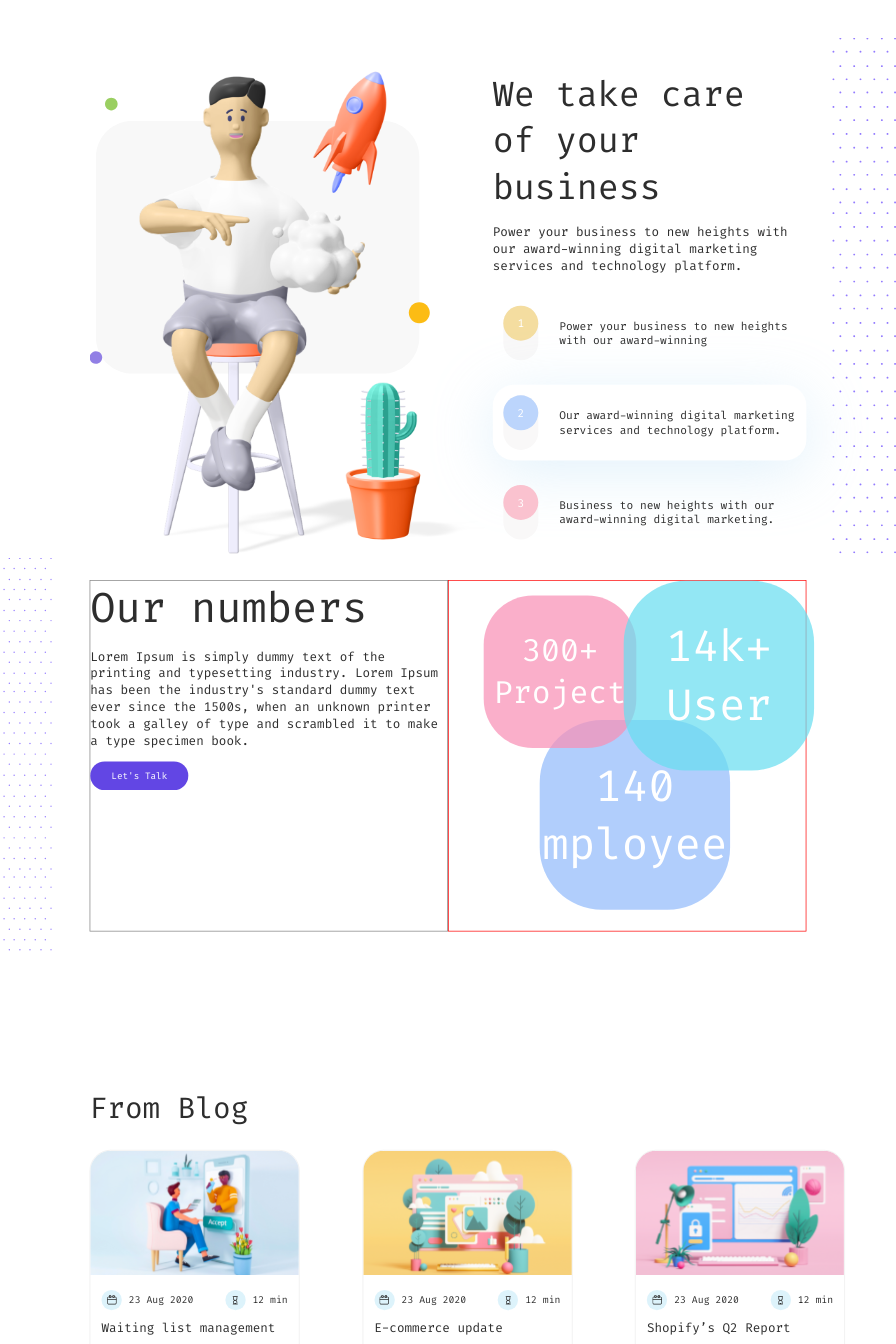
Repository: devdahcoder/noren
Page: index.html
An editor plug-in stored every save of this project. The page is shown before and after a run of saves, followed by the edit.
The browser window is 1280 px wide. The pictures show the part of the page from y = 1354 to 3274 px (the page is 4720 px tall), at 70% of full size.
The style sheet was rebuilt from its Sass, Less or Tailwind sources for each picture, by a compiler version that may differ from the author's.

Above is the page before, as saved 2020-12-23 14:38:53.

After the next 3 saves:
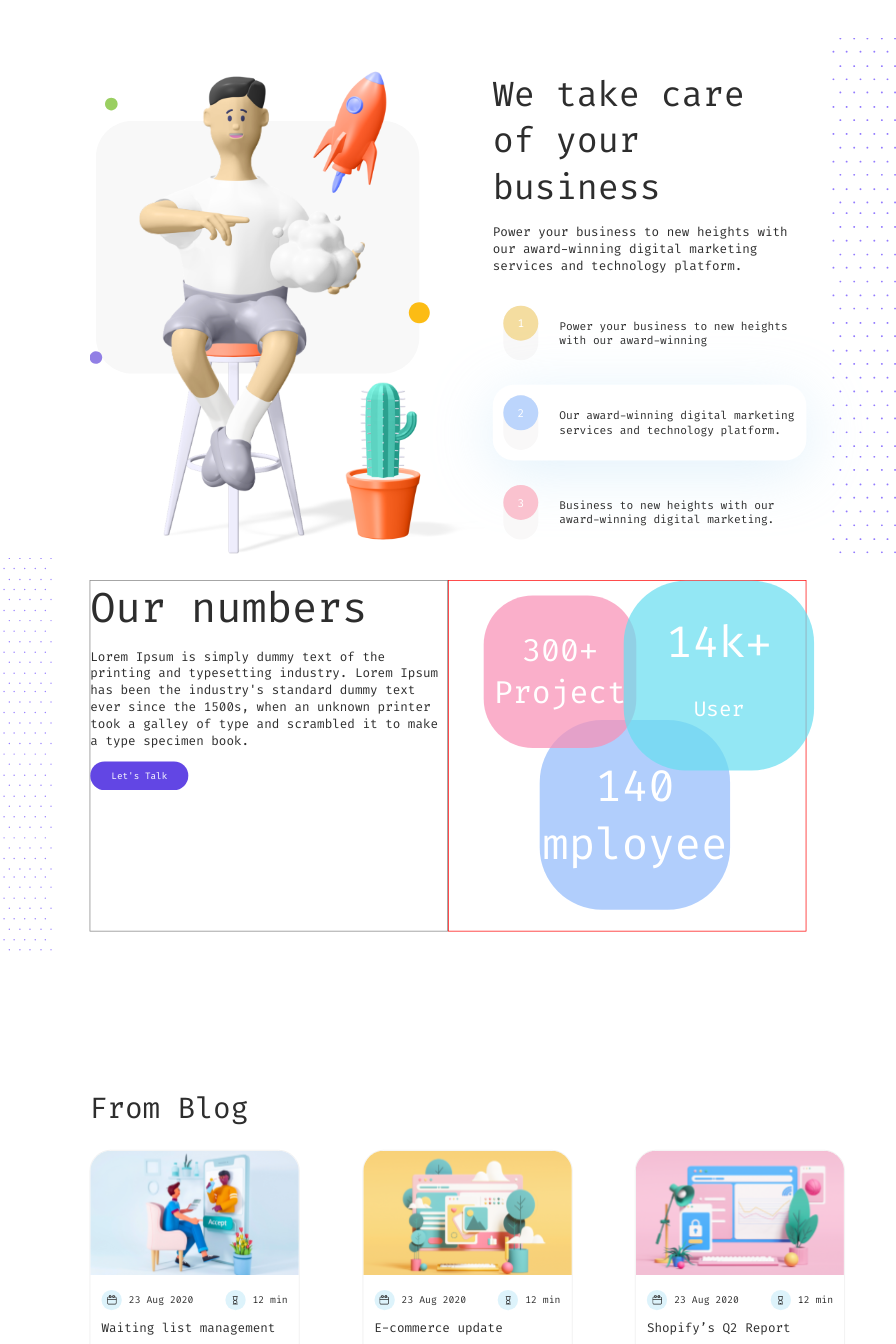
The 3 saves are shown as one change because they came seconds apart.
The last was saved 26 s later.
--- a/index.html
+++ b/index.html
@@ -191,7 +191,7 @@
             </div>
             <div class="company-number-num">
                 <div class="company-numbers top">
-                    <p>14k+ User</p>
+                    <p>14k+ <span>User</span></p>
                 </div>
 
                 <div class="company-numbers middle">
